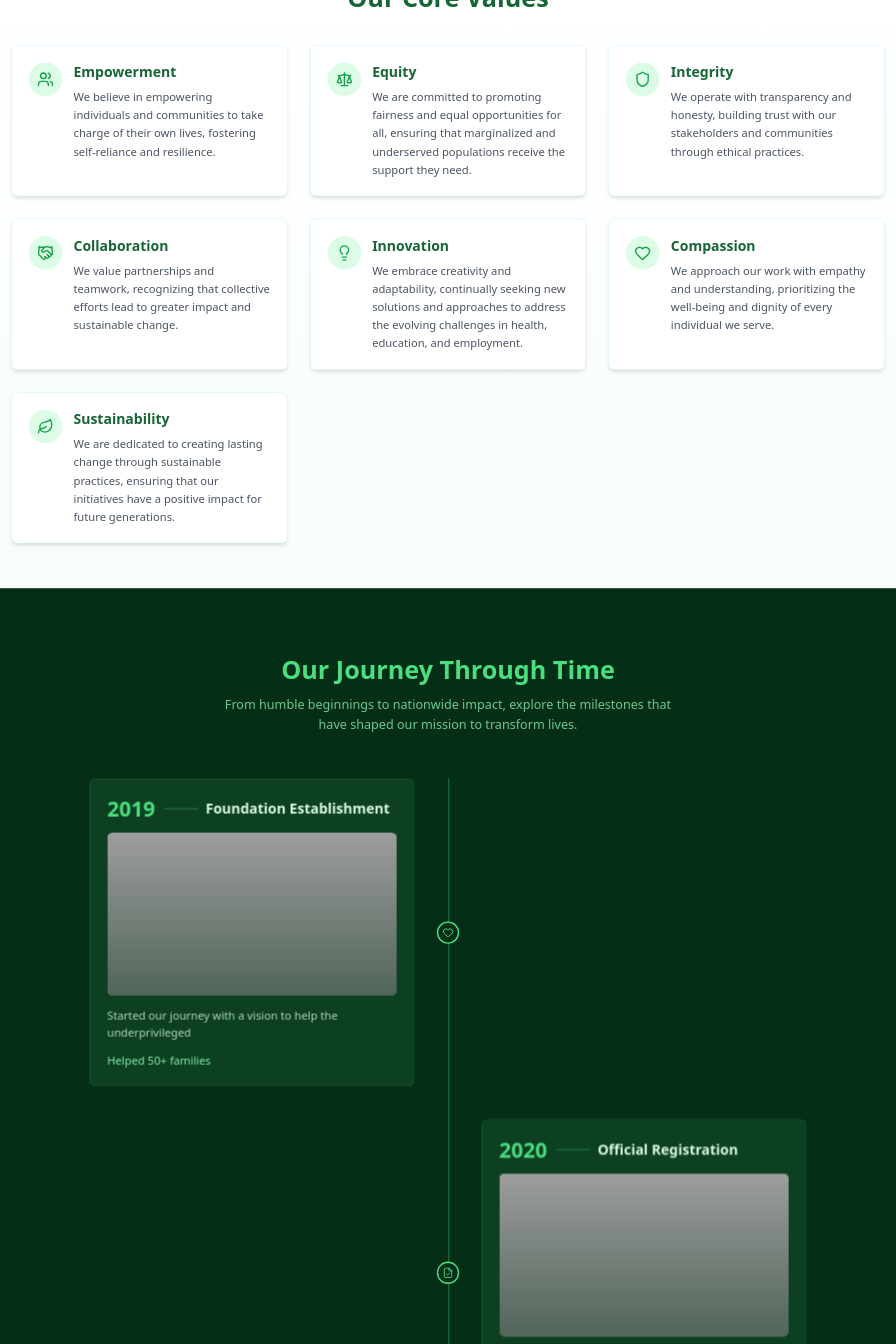
Repository: rajukumar2003/chandra-foundation
Page: /aboutus
These files come from the project's save history. The page is drawn as it stood at one moment and after the next save; the edit follows.
The browser window is 1280 px wide. The pictures show the part of the page from y = 2405 to 4325 px (the page is 7671 px tall), at 70% of full size.
Pictures or frames that could not be fetched are drawn as grey boxes. The project was rebuilt for these pictures with package versions that can differ from the ones it lists, and the page was loaded fresh each time. The framework's server and built-in components were replaced by stand-ins that run in the browser. Also part of the build but not shown: next.config.ts.

Above is the page before, as saved 2025-01-30 20:31:04.

After the next save:
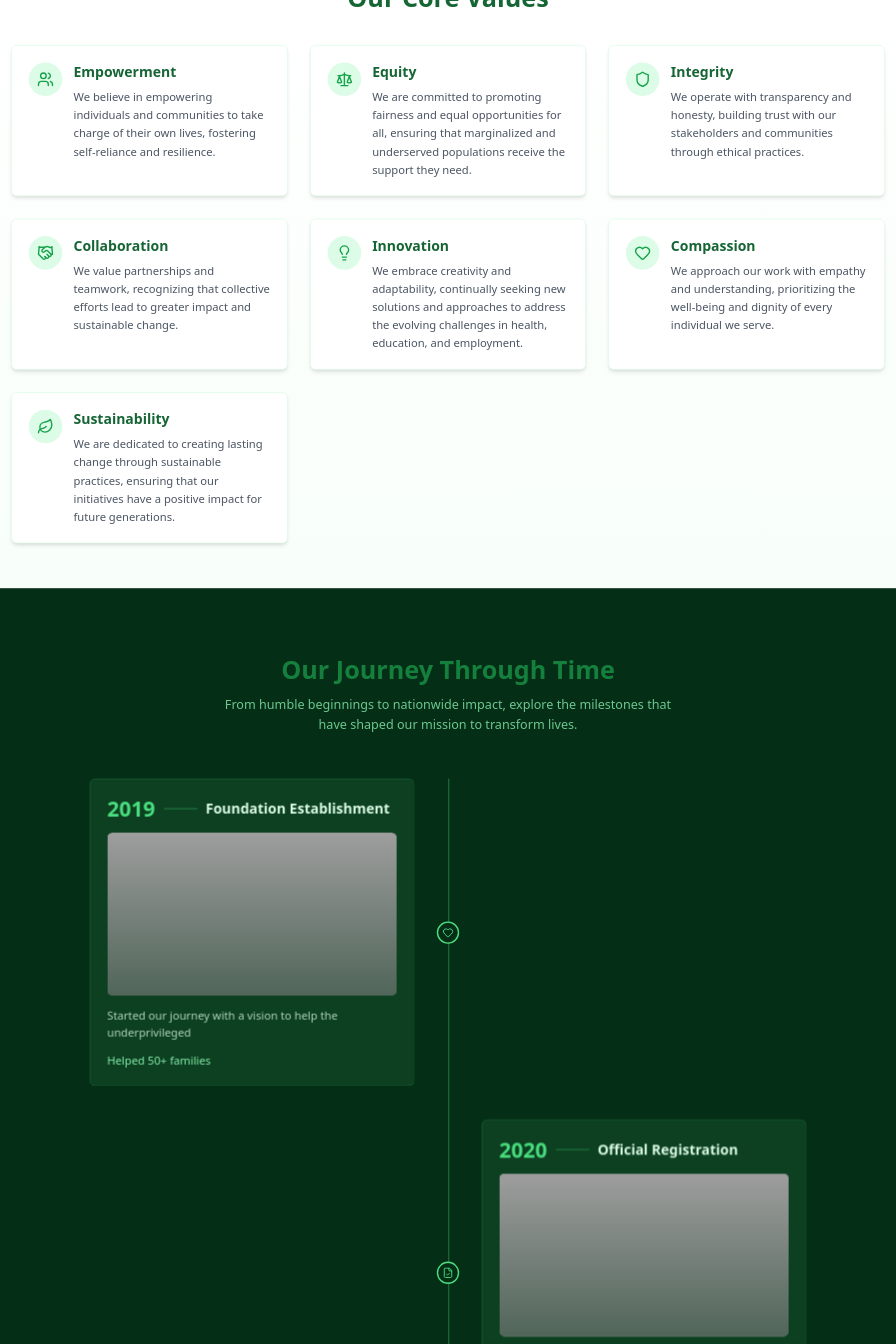
Saved 7 s later.
--- a/app/components/HistorySection.tsx
+++ b/app/components/HistorySection.tsx
@@ -75,7 +75,7 @@ export default function HistorySection() {
           transition={{ duration: 0.6 }}
           className="text-center mb-16"
         >
-          <h2 className="text-3xl md:text-4xl font-bold text-green-400 mb-4">Our Journey Through Time</h2>
+          <h2 className="text-3xl md:text-4xl font-bold text-green-700 mb-4">Our Journey Through Time</h2>
           <p className="text-green-300/80 max-w-2xl mx-auto text-lg">
             From humble beginnings to nationwide impact, explore the milestones that have shaped our mission to
             transform lives.
